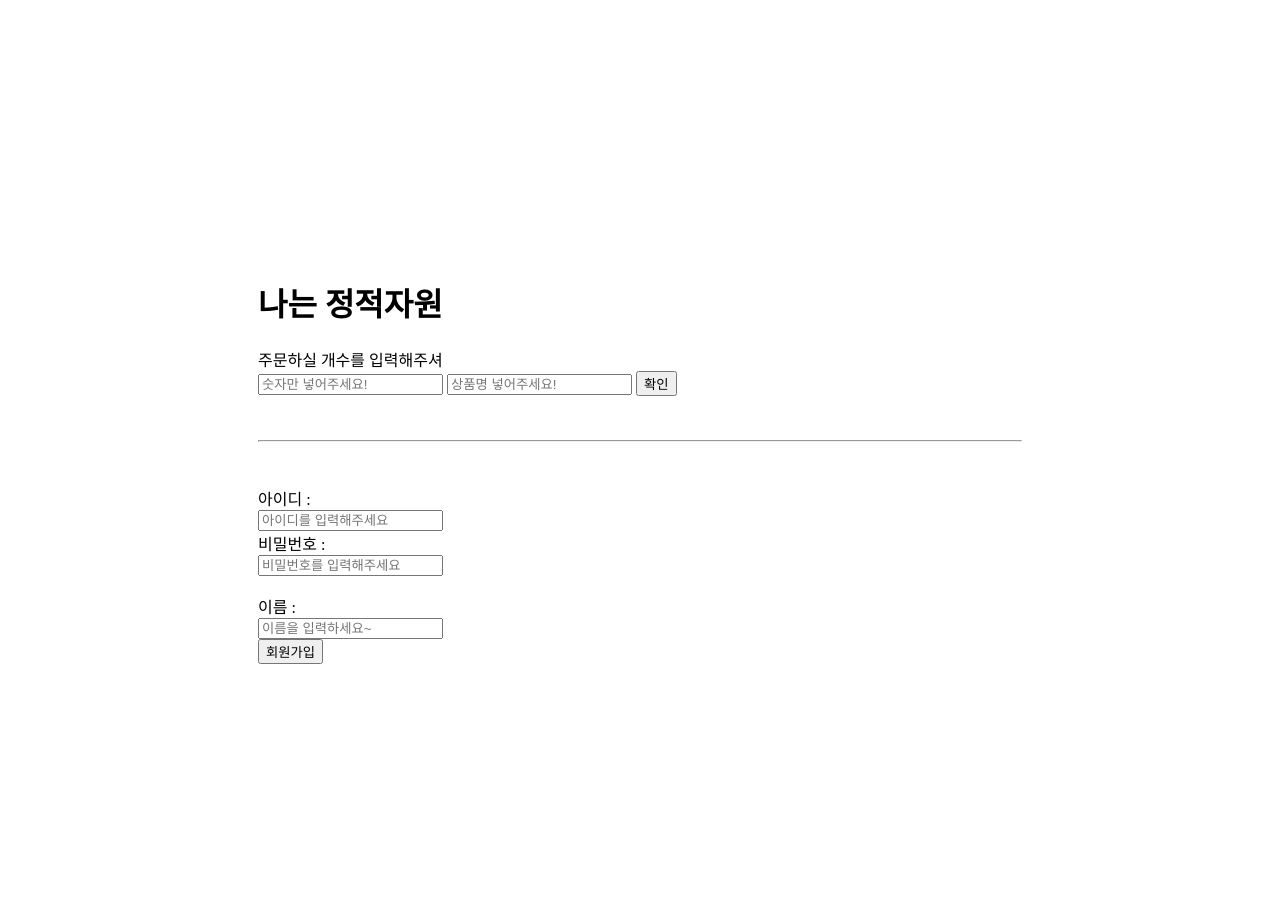
Repository: parkjin-sol/web-workplace
Page: BurgerKingProject/src/main/webapp/static/Requset_Page.html
The author's editor kept a copy of each file at every save. The page is drawn from the files as they stood at one save, then again after the next save.
The browser window is 1280 px wide. The pictures show the whole page.

Above is the page before, as saved 2025-03-10 03:29:27.

### BurgerKingProject/src/main/webapp/static/Requset_Page.html
<!DOCTYPE html>
<html>
<head>
<meta charset="UTF-8">
<title>눌렀음</title>
<style type="text/css">
	body {
		padding: 250px
	}

</style>
</head>
<body>
	<!--
		case 1 : 요청URL -> static 뒤로 url이 바뀜
		-> 상대경로 방식
		-> 현재 url의 가장 마지막 슬래쉬(/)뒤에 값이 붙음

		case 2 : http://www.naver.com -> 전체 url이 바뀜
		-> form태그로는 사용하지않음

		case 3 : /bk/case3
		-> 절대 경로 방식

		form에서 요청했을 경우 서버에서 요청을 처리
		-> tomcat에서 처리
		컨트롤러는 자바로 만듦
		자바를 이용해서 사용자의 웹 요청을 받아서 처리 를 위해 -> servlet 사용
		servlet은 인터페이스로 되어있음 -> implement를 통해 추상화하여 강제
	-->

	<form action="/bk/order" method="GET">
		<!-- form에 action / method 필수 -->
		<h1>나는 정적자원</h1>
		<!-- 동적으로 개발된 페이지 url를 보내기 위해서 Servlet 에 요청해야함
			 입력양식이 있어야 사용자에게 요청받을 수 있음  -->

		<span>주문하실 개수를 입력해주셔</span> <br>
		<input type="text" name="number" placeholder="숫자만 넣어주세요!" id="tn">
		<input type="text" name="product-name" placeholder="상품명 넣어주세요!">
		<button type="submit">확인</button>
	</form>

	<script type="text/javascript">
		console.dir(document.querySelector("tn"));
	</script>
	<br>
	<br>
	<hr>
	<br>
	<br>
	<!-- 상대경로 / 절대경로 -->

	<form action="/bk/sign-up.do" method="POST">
		아이디 : <br>
		<input type="text" placeholder="아이디를 입력해주세요" name="userId"> <br>
		비밀번호 : <br>
		<input type="password" placeholder="비밀번호를 입력해주세요" name="userPw"> <br><br>
		이름 : <br>
		<input type="text" placeholder="이름을 입력하세요~" name="userName"> <br>
		<button type="submit">회원가입</button>
	</form>

</body>
</html>

After the next save:
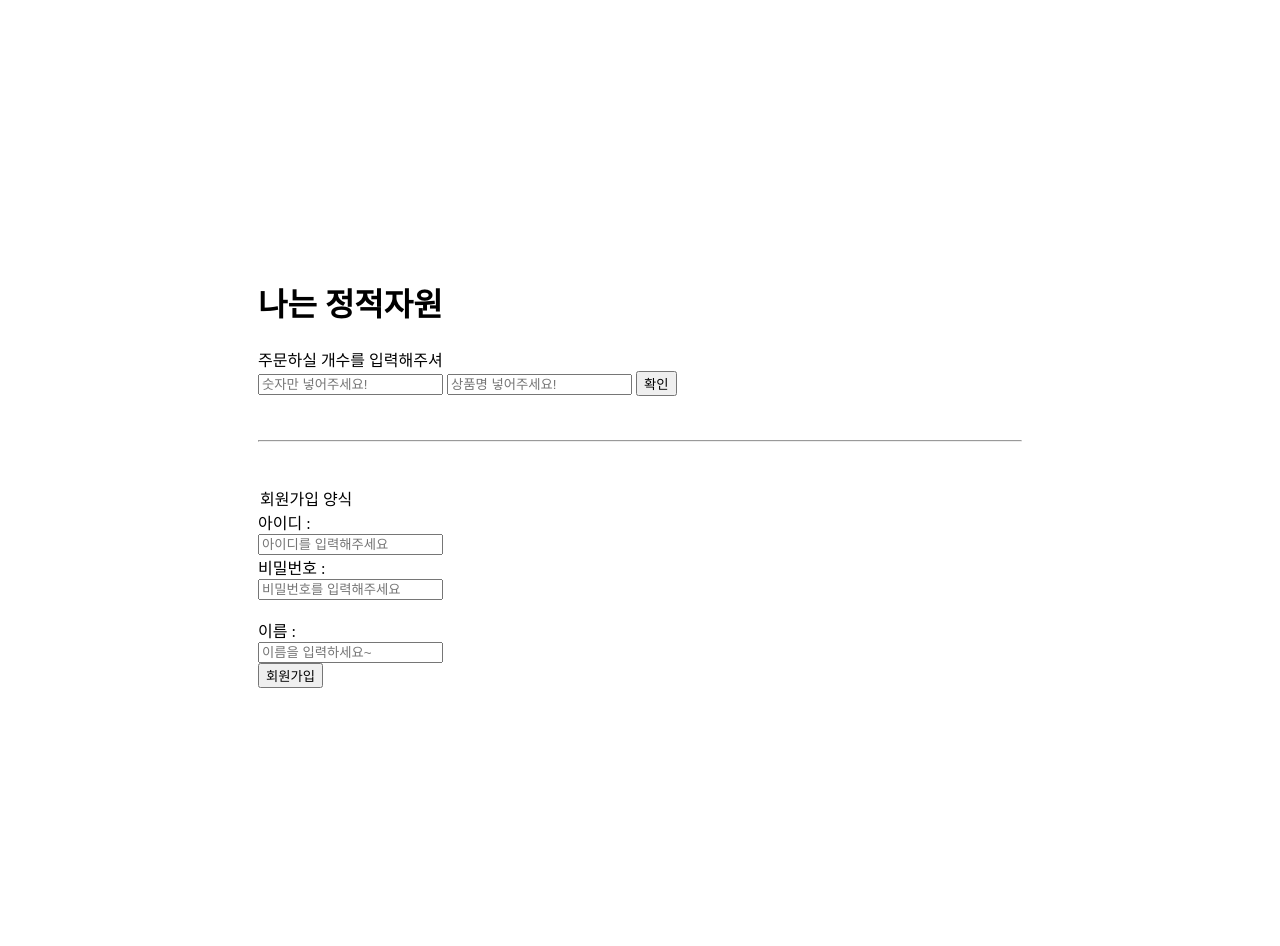
Saved 36 s later.
--- a/BurgerKingProject/src/main/webapp/static/Requset_Page.html
+++ b/BurgerKingProject/src/main/webapp/static/Requset_Page.html
@@ -52,6 +52,7 @@
 	<!-- 상대경로 / 절대경로 -->
 
 	<form action="/bk/sign-up.do" method="POST">
+		<legend>회원가입 양식</legend>
 		아이디 : <br>
 		<input type="text" placeholder="아이디를 입력해주세요" name="userId"> <br>
 		비밀번호 : <br>
